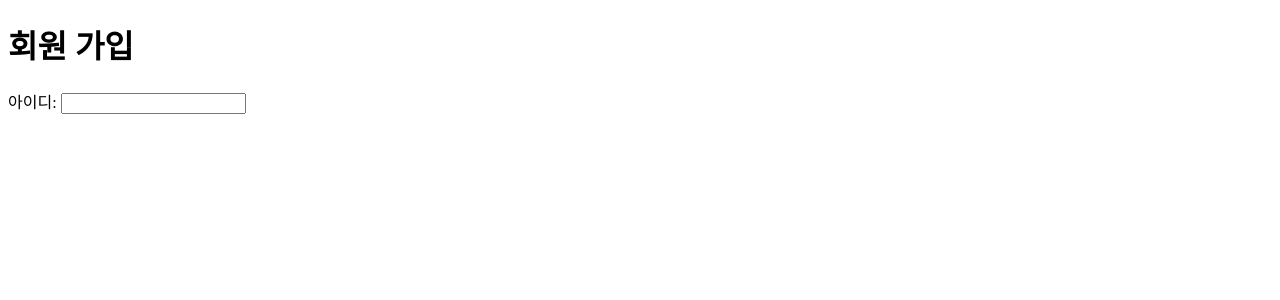
Repository: Chojaejun/javastudy
Page: HelloWorld/WebContent/Test3.html
An editor plug-in stored every save of this project. The page is shown before and after the next save, followed by the edit.
The browser window is 1280 px wide. The pictures show the whole page.

Above is the page before, as saved 2020-12-07 01:53:42.

After the next save:
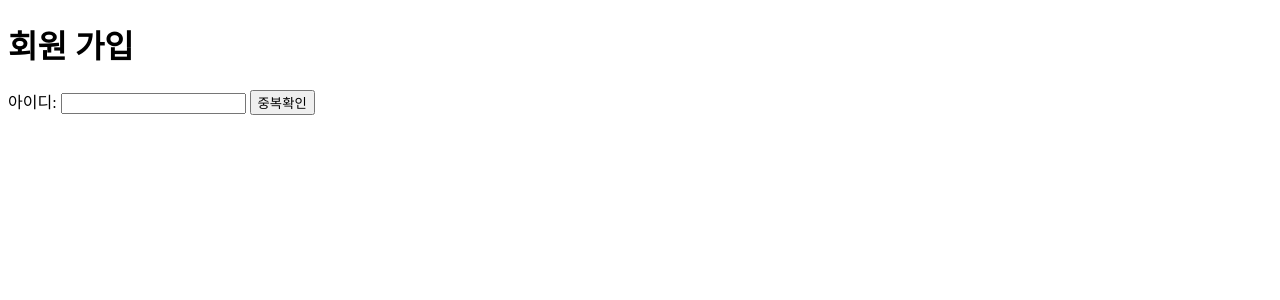
Saved 22 s later.
--- a/HelloWorld/WebContent/Test3.html
+++ b/HelloWorld/WebContent/Test3.html
@@ -10,6 +10,7 @@
 <form action="insert.9" method="post">
 <label for="id">아이디: </label>
 <input id="id" name="id">
+<button>중복확인</button>
 
 
 </form>
